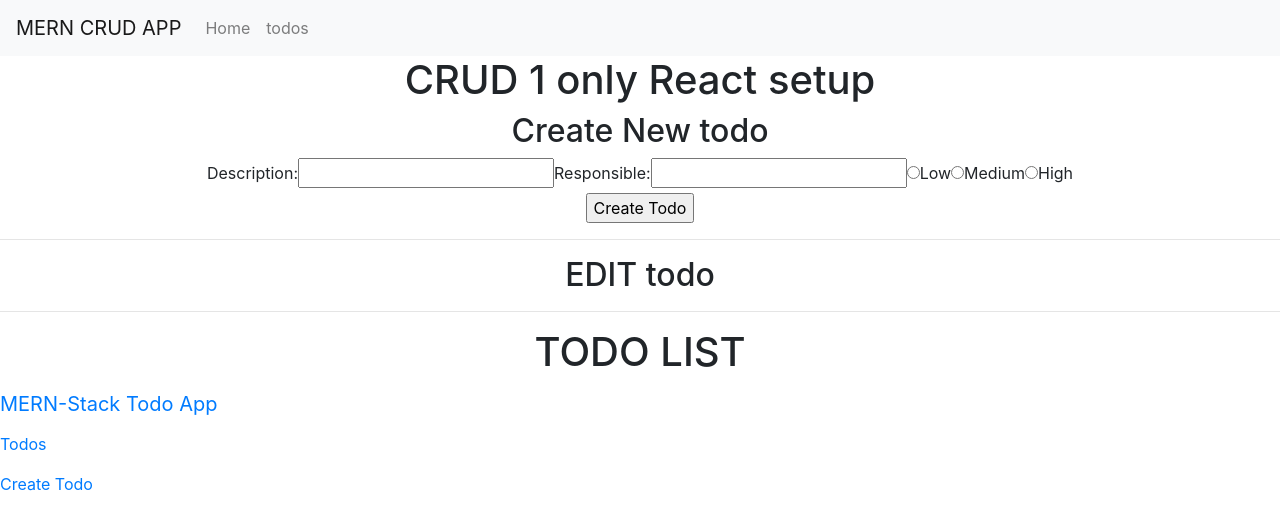
Repository: tweneboah/mern-complete-guide
Page: / (app in v5-mern-crud/client/)
These files come from the project's save history. The page is drawn as it stood at one moment and after the next save; the edit follows.
The browser window is 1280 px wide. The pictures show the whole page.
The page's requests for data from a server got no answer. The project was rebuilt for these pictures with package versions that can differ from the ones it lists, and the page was loaded fresh each time. No one was signed in, and anything a server would have sent is missing.

Above is the page before, as saved 2019-09-12 22:05:56.

### v5-mern-crud/client/public/index.html
<!DOCTYPE html>
<html lang="en">
  <head>
    <meta charset="utf-8" />
    <link rel="shortcut icon" href="%PUBLIC_URL%/favicon.ico" />
    <meta name="viewport" content="width=device-width, initial-scale=1" />
    <meta name="theme-color" content="#000000" />
    <meta
      name="description"
      content="Web site created using create-react-app"
    />
    <link rel="apple-touch-icon" href="logo192.png" />
    <!--
      manifest.json provides metadata used when your web app is installed on a
      user's mobile device or desktop. See https://developers.google.com/web/fundamentals/web-app-manifest/
    -->
    <link rel="manifest" href="%PUBLIC_URL%/manifest.json" />
    <!--
      Notice the use of %PUBLIC_URL% in the tags above.
      It will be replaced with the URL of the `public` folder during the build.
      Only files inside the `public` folder can be referenced from the HTML.

      Unlike "/favicon.ico" or "favicon.ico", "%PUBLIC_URL%/favicon.ico" will
      work correctly both with client-side routing and a non-root public URL.
      Learn how to configure a non-root public URL by running `npm run build`.
    -->

    <!-- Bootstrap CSS -->
    <link rel="stylesheet" href="https://stackpath.bootstrapcdn.com/bootstrap/4.3.1/css/bootstrap.min.css" integrity="sha384-ggOyR0iXCbMQv3Xipma34MD+dH/1fQ784/j6cY/iJTQUOhcWr7x9JvoRxT2MZw1T" crossorigin="anonymous">

    <title>MERN CRUD</title>
  </head>
  <body>
    <noscript>You need to enable JavaScript to run this app.</noscript>
    <div id="root"></div>
    <!--
      This HTML file is a template.
      If you open it directly in the browser, you will see an empty page.

      You can add webfonts, meta tags, or analytics to this file.
      The build step will place the bundled scripts into the <body> tag.

      To begin the development, run `npm start` or `yarn start`.
      To create a production bundle, use `npm run build` or `yarn build`.
    -->


    <!-- Optional JavaScript -->
    <!-- jQuery first, then Popper.js, then Bootstrap JS -->
    <script src="https://code.jquery.com/jquery-3.3.1.slim.min.js" integrity="sha384-q8i/X+965DzO0rT7abK41JStQIAqVgRVzpbzo5smXKp4YfRvH+8abtTE1Pi6jizo" crossorigin="anonymous"></script>
    <script src="https://cdnjs.cloudflare.com/ajax/libs/popper.js/1.14.7/umd/popper.min.js" integrity="sha384-UO2eT0CpHqdSJQ6hJty5KVphtPhzWj9WO1clHTMGa3JDZwrnQq4sF86dIHNDz0W1" crossorigin="anonymous"></script>
    <script src="https://stackpath.bootstrapcdn.com/bootstrap/4.3.1/js/bootstrap.min.js" integrity="sha384-JjSmVgyd0p3pXB1rRibZUAYoIIy6OrQ6VrjIEaFf/nJGzIxFDsf4x0xIM+B07jRM" crossorigin="anonymous"></script>
  </body>
  </body>
</html>

### v5-mern-crud/client/src/App.js
import React from 'react';
import CreateTodo  from './components/create-todo';
import EditTodo from './components/Edit-Todo';
import {BrowserRouter as Router, Route, Link} from 'react-router-dom';
import TodoList from './components/Todo-List'
import './App.css';

function App() {
  return (
    <Router>
<nav class="navbar navbar-expand-lg navbar-light bg-light">
  <a class="navbar-brand" href="#">MERN CRUD APP</a>
  <button class="navbar-toggler" type="button" data-toggle="collapse" data-target="#navbarSupportedContent" aria-controls="navbarSupportedContent" aria-expanded="false" aria-label="Toggle navigation">
    <span class="navbar-toggler-icon"></span>
  </button>

  <div class="collapse navbar-collapse" id="navbarSupportedContent">
    <ul class="navbar-nav mr-auto">
    <li class="nav-item">
        <Link class="nav-link" to='/'>Home</Link>
      </li>
      <li class="nav-item">
        <Link class="nav-link" href="/todos">todos</Link>
      </li>

    </ul>

  </div>
</nav>




        <div className="App">
       <h1>CRUD 1 only React setup</h1>
       <CreateTodo/>
       <hr></hr>
       <EditTodo/>

       <hr/>
       <h1>TODO LIST</h1>
       <TodoList/>
    </div>


    <nav >

            <Link to="/" className="navbar-brand">MERN-Stack Todo App</Link>
            <div className="collpase nav-collapse">
              <ul className="navbar-nav mr-auto">
                <li className="navbar-item">
                  <Link to="/" className="nav-link">Todos</Link>
                </li>
                <li className="navbar-item">
                  <Link to="/create" className="nav-link">Create Todo</Link>
                </li>
              </ul>
            </div>
          </nav>
    </Router>

  );
}

export default App;

### v5-mern-crud/client/src/components/create-todo.js
import React, { Component } from 'react';
import axios from 'axios';
class CreateTodo extends Component {


 state = {
     todo_description: '',
     todo_responsible: '',
     todo_priority: '',
     todo_completed: false
 }

 //OnchangeFunctions
 onchangeDescription = (e) => {
     this.setState({todo_description: e.target.value})
 }

 onchangeResponsible = (e) => {
  this.setState({todo_responsible: e.target.value});
 }

onchangePriority = (e) => {
 this.setState({todo_priority: e.target.value})
}

//Handle Submit
hanldeFormSubmit = (e) => {
 e.preventDefault();

 axios.post('http://localhost:5000/add', this.state)
 .then((res) => {
  console.log(res.data)
  //Reseting formvalues
  this.setState({
    todo_description: '',
    todo_completed: '',
    todo_priority: '',
    todo_responsible: ''
  })
 })

}
 render() {
  return (
     <div>
         <h2>Create New todo</h2>
         <form onSubmit = {this.hanldeFormSubmit}>
            <label>Description:</label>
            <input
            type='text'
            onChange = {this.onchangeDescription}
            value = {this.state.todo_description}
            />

            <label>Responsible:</label>
            <input
            type='text'
            onChange = {this.onchangeResponsible}
            value = {this.state.todo_responsible}
            />

          <input
               type="radio"
               name="priorityOptions"
               id="priorityLow"
               value="Low"
               checked={this.state.todo_priority==='Low'}
               onChange={this.onchangePriority}
               />

              <label>Low</label>

            <input
              type="radio"
              name="priorityOptions"
              id="priorityMedium"
              value="Medium"
              checked={this.state.todo_priority==='Medium'}
              onChange={this.onchangePriority}
              />

              <label>Medium</label>
            <input
              type="radio"
              name="priorityOptions"
              id="priorityHigh"
              value="High"
              checked={this.state.todo_priority==='High'}
              onChange={this.onchangePriority}
              />

           <label >High</label>

                    <div className="form-group">
                        <input type="submit" value="Create Todo"  />
                    </div>
         </form>
     </div>
  );
 }
}

export default CreateTodo;

### v5-mern-crud/client/src/components/Edit-Todo.js
import React, {Component} from 'react';

export default class EditTodo extends Component {
    render() {
        return (
            <div>
                <h2 on>EDIT todo</h2>
                <form>

                </form>
            </div>
        )
    }
}

### v5-mern-crud/client/src/components/Todo-List.js
import React, {Component} from 'react';
import axios from 'axios'
import { Link } from 'react-router-dom';



class TodosList extends Component {

    constructor(props) {
        super(props);
        this.state = {
            todos: []
        };
    }

    componentDidMount() {
        axios.get('http://localhost:5000/todos')
        .then((res) => {
            this.setState({todos: res.data})
        })
    }



    render() {
       console.log(this.state)

       let todosData = this.state.todos
     return (
         <div>
             {todosData?
              (
                  <div>
                     {todosData.map((todo) => {
                          return (
                              <div key={todo._id}>
                                  <h2>{todo.todo_description}</h2>
                                  <p>{todo.todo_responsible}</p>
                                  <p>{todo.todo_priority}</p>
                                  <p>{todo.todo_completed}</p>
                              </div>
                          )
                     })}
                  </div>
              ) :

              (
                <div>
                    <h1>Loading...</h1>
                </div>
              )
            }

         </div>
     )
    }
}

export default TodosList;

Loaded but not shown: v5-mern-crud/client/src/index.js (common file); v5-mern-crud/client/src/index.css (common file); v5-mern-crud/client/src/serviceWorker.js (common file); v5-mern-crud/client/src/App.css (common file)

After the next save:
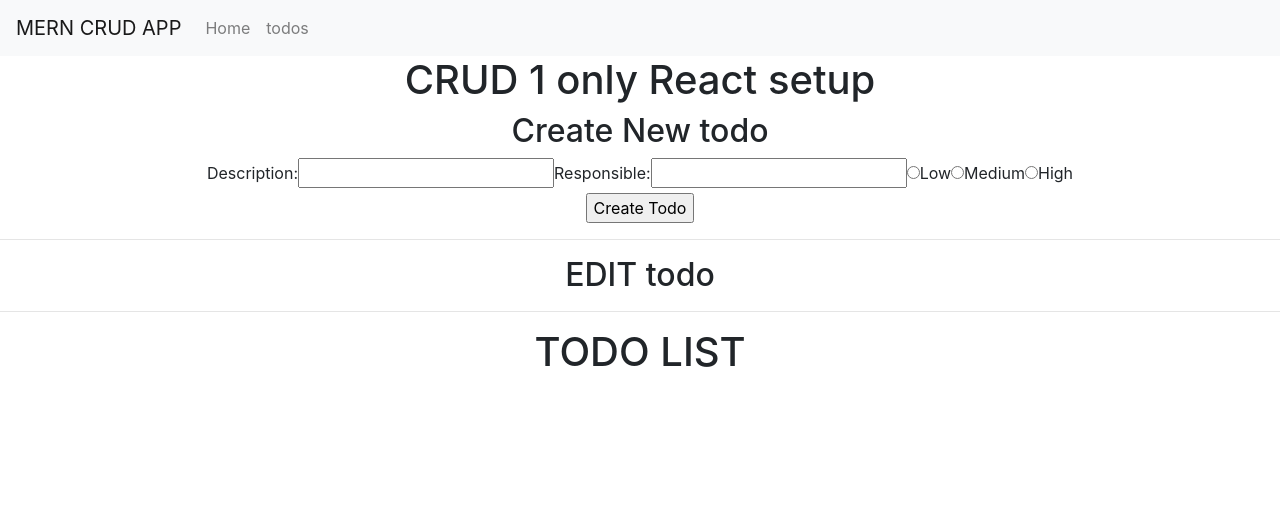
Saved 7 s later.
--- a/v5-mern-crud/client/src/App.js
+++ b/v5-mern-crud/client/src/App.js
@@ -43,20 +43,7 @@ function App() {
     </div>
 
 
-    <nav >
 
-            <Link to="/" className="navbar-brand">MERN-Stack Todo App</Link>
-            <div className="collpase nav-collapse">
-              <ul className="navbar-nav mr-auto">
-                <li className="navbar-item">
-                  <Link to="/" className="nav-link">Todos</Link>
-                </li>
-                <li className="navbar-item">
-                  <Link to="/create" className="nav-link">Create Todo</Link>
-                </li>
-              </ul>
-            </div>
-          </nav>
     </Router>
 
   );
